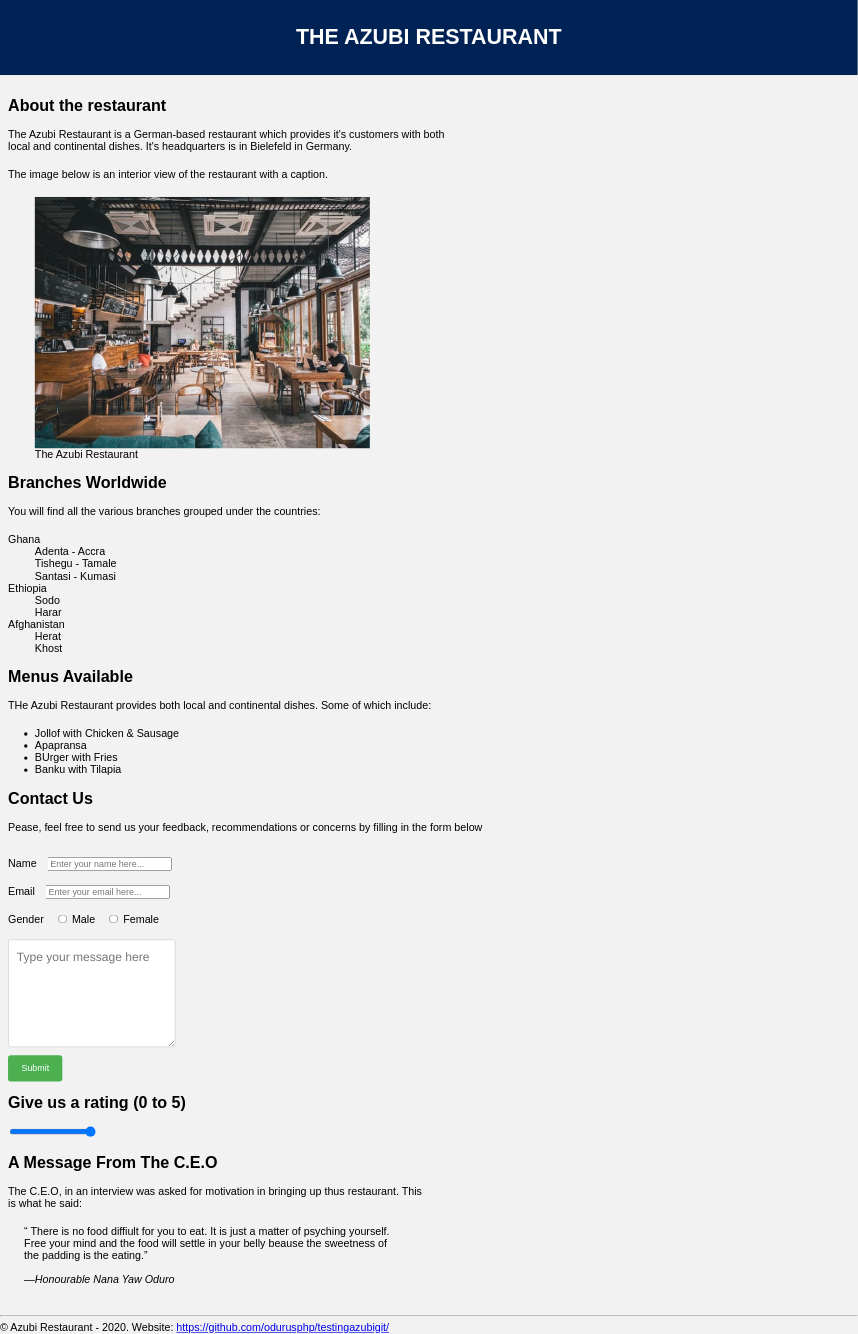
Repository: odurusphp/testingazubigit
Page: Fortune/FortunatusWulnye.html
The author's editor kept a copy of each file at every save. The page is drawn from the files as they stood at one save, then again after the next save.
The browser window is 1280 px wide. The pictures show the whole page, at 67% of full size.

Above is the page before, as saved 2020-08-03 04:34:58.

### Fortune/FortunatusWulnye.html
<!--COMMENTS THAT ARE MINE ARE WRITTEN IN CAPITAL LETTERS-->
<!--THE GENERAL STRUCTURE OF THE PAGE IS GOOD WITH THE INDENTATION TOO-->
<!--THE CLASSES THAT YOU IMPLEMENTED TOO ARE GREAT KEEP IT UP-->
<!DOCTYPE html>
<html lang="en">

<head>

    <meta charset="UTF-8" />
    <meta name="viewport" content="width=device-width, initial-scale=1.0" />
    <title>The Azubi Restaurant</title>
    <meta name="descrition" content="A website for Azubi restaurant">
    <meta name="author" content="Fortunatus Aabangbio Wulnye">
    <link rel="stylesheet" href="css/style.css">

</head>

<body>

    <header class="main-header">
        <div class="brand">
            <h1 class="site-title"><a href="#">THE AZUBI RESTAURANT</a></h1>
        </div>
    </header>

    <main class="main-container">
        <section class="aboutOne">

            <aside class="about">
                <h2>About the restaurant</h2>
                <p>
                    The Azubi Restaurant is a German-based restaurant which provides
                    it's customers with both <br />
                    local and continental dishes. It's headquarters is in Bielefeld in
                    Germany.
                </p>

            </aside>
            <div class="about-fig">
                <p>The image below is an interior view of the restaurant with a caption.</p>
                <figure>
                    <img src="images/FortununatusWulnyeRestaurant.jpg" alt="Azubi Restaurant" />
                    <figcaption>The Azubi Restaurant</figcaption>
                </figure>
            </div>
        </section>

        <section class="branches">
            <h2>Branches Worldwide</h2>
            <p>You will find all the various branches grouped under the countries:</p>
            <dl>
                <dt class="country">Ghana</dt>
                <div class="location">
                    <dd>Adenta - Accra</dd>
                    <dd>Tishegu - Tamale</dd>
                    <dd>Santasi - Kumasi</dd>
                </div>

                <dt class="country">Ethiopia</dt>
                <div class="location">
                    <dd>Sodo</dd>
                    <dd>Harar</dd>
                </div>

                <dt class="country">Afghanistan</dt>
                <div class="location">
                    <dd>Herat</dd>
                    <dd>Khost</dd>
                </div>
            </dl>
        </section>

        <section class="menus">
            <h2>Menus Available</h2>
            <p>THe Azubi Restaurant provides both local and continental dishes. Some of which include:</p>
            <ul>
                <li>Jollof with Chicken & Sausage</li>
                <li>Apapransa</li>
                <li>BUrger with Fries</li>
                <li>Banku with Tilapia</li>
            </ul>
        </section>

        <div class="Contact">
            <h2>Contact Us</h2>
            <p>Pease, feel free to send us your feedback, recommendations or concerns by filling in the form below</p>
            <form action="" method="POST">
                <label for="fname">Name</label>
                <input type="text" name="fname" placeholder="Enter your name here..." required> <br>

                <label for="email">Email</label>
                <input type="text" name="email" placeholder="Enter your email here..." required> <br>

                <label for="gender">Gender</label>
                <input type="radio" id="male" value="male">
                <label for="gender">Male</label>
                <input type="radio" id="female" value="female">
                <label for="gender">Female</label> <br>

                <textarea name="message" id="" cols="20" rows="5" placeholder="Type your message here"></textarea>
                <br />

                <input type="submit" value="Submit" />
            </form>
            <br>

        </div>
        <br>

        <div class="rating">
            <h2>Give us a rating (0 to 5)</h2>
            <div class="slider">
                <input type="range" min="0" max="5" value="50">
            </div>
        </div>

        <div class="ceomessage">
            <h2>A Message From The C.E.O</h2>
            <P>The C.E.O, in an interview was asked for motivation in bringing up thus restaurant. This<br> is what he
                said:
            <blockquote> <q> There is no food diffiult for you to eat. It is just a matter of psyching yourself.<br>
                    Free your mind and the food
                    will settle in your belly beause the sweetness of <br> the padding is the eating.</q><br> <br>
                &mdash;<cite>Honourable Nana Yaw Oduro</cite>
            </blockquote>
            </P>
        </div>

    </main>
    <hr />

    <footer>
        &copy; Azubi Restaurant - 2020. Website: <a
            href="https://github.com/odurusphp/testingazubigit/">https://github.com/odurusphp/testingazubigit/</a>
    </footer>

</body>

</html>

### Fortune/css/style.css
html {
  font-family: sans-serif;
  -webkit-text-size-adjust: 100%;
  -ms-text-size-adjust: 100%;
  justify-content: center;
  align-items: middle;
}
body {
  margin: 0;
  background-color: hsl(0, 0%, 95%);
}

/*--------------------------------------------------------------
Header styles
--------------------------------------------------------------*/

.main-header {
  padding: 1em 0;
  background-color: #002254;
}

.brand {
  /* padding: 70px 0; */
  text-align: center;
  border: "0.5rem solid pink";
}
.site-title a {
  text-decoration: none;
  color: #fff;
}

.about-main {
  display: flex;
}

.main-container {
  border-radius: 2px;
  padding: 12px;
}

aside,
figcaption,
figure,
footer,
header,
main,
nav,
section {
  display: block;
}

a:active,
a:hover {
  outline: 0;
}

b,
strong {
  font-weight: bold;
}

p {
  margin-bottom: 1.5em;
}

h1 {
  font-size: 2em;
  margin: 0.67em 0;
}

img {
  display: block;
  border: 0;
  width: auto;
  height: auto;
}

label {
  padding: 12px 12px 12px 0;
  display: inline-block;
}

input [type="text"],
select,
textarea {
  color: inherit;
  font: inherit;
  margin: 0;
  padding: 12px;
  border: 1px solid #ccc;
  border-radius: 4px;
  resize: vertical;
  margin: 8px 0;
  font-family: "Source Sans Pro", "Helvetica", Arial, sans-serif;
  font-size: 18px;
  line-height: 1.5;
}

input[type="submit"] {
  background-color: #4caf50;
  color: white;
  padding: 12px 20px;
  border: none;
  border-radius: 4px;
  cursor: pointer;
  float: left;
}

select {
  text-transform: none;
}

textarea {
  overflow: auto;
}

input::-moz-focus-inner {
  border: 0;
  padding: 0;
}

input {
  line-height: normal;
}

input[type="radio"] {
  box-sizing: border-box;
  padding: 0;
}

blockquote {
  margin: 0 1.5em;
}

After the next save:
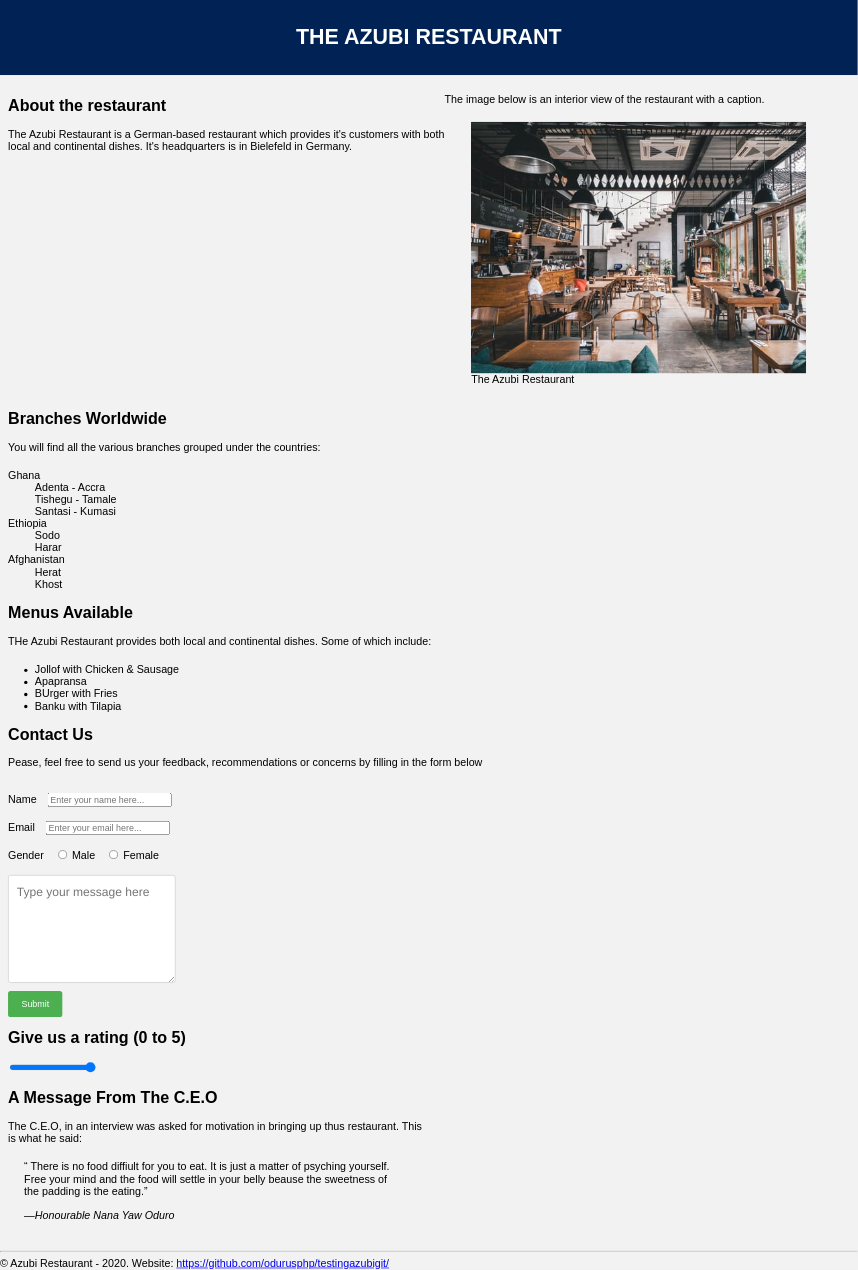
Saved 21 s later.
--- a/Fortune/FortunatusWulnye.html
+++ b/Fortune/FortunatusWulnye.html
@@ -24,9 +24,9 @@
     </header>
 
     <main class="main-container">
-        <section class="aboutOne">
+        <section class="about-main">
 
-            <aside class="about">
+            <aside class="about-text">
                 <h2>About the restaurant</h2>
                 <p>
                     The Azubi Restaurant is a German-based restaurant which provides
@@ -34,8 +34,8 @@
                     local and continental dishes. It's headquarters is in Bielefeld in
                     Germany.
                 </p>
+            </aside>
 
-            </aside>
             <div class="about-fig">
                 <p>The image below is an interior view of the restaurant with a caption.</p>
                 <figure>
@@ -43,6 +43,7 @@
                     <figcaption>The Azubi Restaurant</figcaption>
                 </figure>
             </div>
+
         </section>
 
         <section class="branches">
